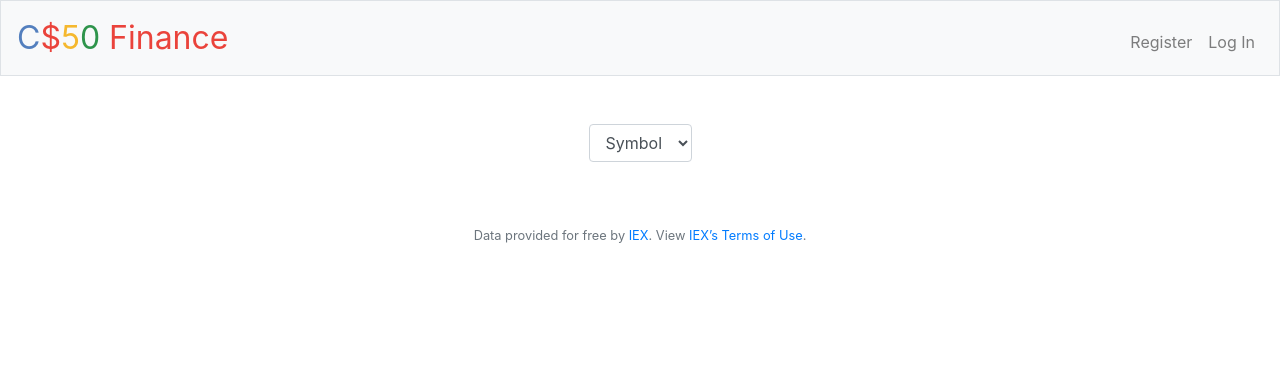
Repository: KodakBrax/CS50
Page: pset8/finance/templates/sell.html
The author's editor kept a record of every edit. The page is drawn from the files as they stood at one moment, then again after the next edit.
The browser window is 1280 px wide. The pictures show the whole page.
The template is drawn by Flask 3. The application's start-up code is not run. The template is opened directly, without the code that normally fills it, so the values that code supplies are empty.

Above is the page before.

After the next edit:
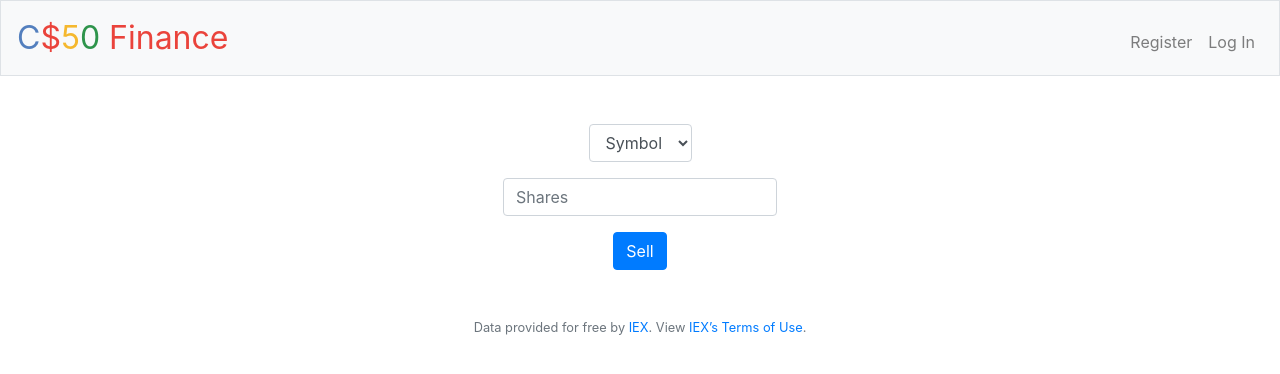
The edit:
--- a/pset8/finance/templates/sell.html
+++ b/pset8/finance/templates/sell.html
@@ -14,5 +14,9 @@
                 {% endfor %}
             </select>
         </div>
+        <div class="form-group">
+            <input autocomplete="off" class="form-control" min="0" name="shares" placeholder="Shares" type="number">
+        </div>
+        <button class="btn btn-primary" type="submit">Sell</button>
     </form>
 {% endblock %}
